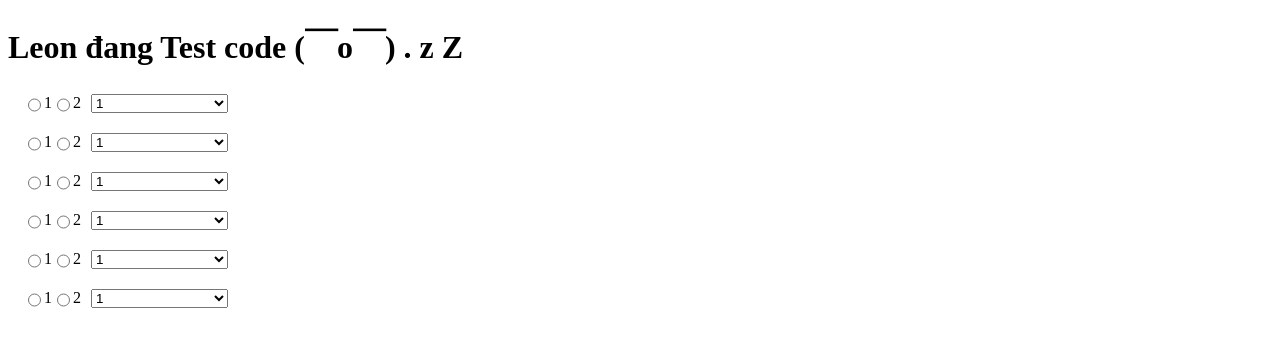
Repository: tranhuunghiem99/N_Auto_Checked
Page: test/index.html
These files come from the project's save history. The page is drawn as it stood at one moment and after a run of saves; the edit follows.
The browser window is 1280 px wide. The pictures show the whole page.

Above is the page before, as saved 2024-05-07 21:31:11.

### test/index.html
<!-- <!DOCTYPE html>
<html>
  <head>
    <title>Checkbox Example</title>
  </head>
  <body>
    <form action="/submit" method="post">
      <label for="option1">Option 1</label>
      <input type="checkbox" name="options" value="1" id="option1">
      <br>
      <label for="option2">Option 2</label>
      <input type="checkbox" name="options" value="2" id="option2">
      <br>
      <label for="option3">Option 3</label>
      <input type="checkbox" name="options" value="3" id="option3">
      <br>
      <button type="submit">Submit</button>
    </form>
  </body>
</html> -->

<!DOCTYPE html>
<html>
<body>

<h1>Leon đang Test code (￣o￣) . z Z</h1>

<form action="/submit" method="post" style="display: flex; padding: 5px; margin: 10px;">
  <input type="radio" name="number" value="">
  <label for="1">1</label><br>
  <input type="radio" name="number" value="">
  <label for="2">2</label><br>
  <select id="" name="" style="margin-left:10px ;">
    <option value="1" name="list">1</option>
    <option value="2" name="list">2</option>
    <option value="3" name="list">3</option>
    <option value="4" name="ok">Ok cái này chọn nè</option>
  </select>
</form>
<form action="/submit" method="post" style="display: flex; padding: 5px; margin: 10px;">
  <input type="radio" name="number" value="">
  <label for="1">1</label><br>
  <input type="radio" name="number" value="">
  <label for="2">2</label><br>
  <select id="" name="" style="margin-left:10px ;">
    <option value="1" name="list">1</option>
    <option value="2" name="list">2</option>
    <option value="3" name="list">3</option>
    <option value="4" name="ok">Ok cái này chọn nè</option>
  </select>
</form>
<form action="/submit" method="post" style="display: flex; padding: 5px; margin: 10px;">
  <input type="radio" name="number" value="">
  <label for="1">1</label><br>
  <input type="radio" name="number" value="">
  <label for="2">2</label><br>
  <select id="" name="" style="margin-left:10px ;">
    <option value="1" name="list">1</option>
    <option value="2" name="list">2</option>
    <option value="3" name="list">3</option>
    <option value="4" name="ok">Ok cái này chọn nè</option>
  </select>
</form>
<form action="/submit" method="post" style="display: flex; padding: 5px; margin: 10px;">
  <input type="radio" name="number" value="">
  <label for="1">1</label><br>
  <input type="radio" name="number" value="">
  <label for="2">2</label><br>
  <select id="" name="" style="margin-left:10px ;">
    <option value="1" name="list">1</option>
    <option value="2" name="list">2</option>
    <option value="3" name="list">3</option>
    <option value="4" name="ok">Ok cái này chọn nè</option>
  </select>
</form>
<form action="/submit" method="post" style="display: flex; padding: 5px; margin: 10px;">
  <input type="radio" name="number" value="">
  <label for="1">1</label><br>
  <input type="radio" name="number" value="">
  <label for="2">2</label><br>
  <select id="" name="" style="margin-left:10px ;">
    <option value="1" name="list">1</option>
    <option value="2" name="list">2</option>
    <option value="3" name="list">3</option>
    <option value="4" name="ok">Ok cái này chọn nè</option>
  </select>
</form>
<form action="/submit" method="post" style="display: flex; padding: 5px; margin: 10px;">
  <input type="radio" name="number" value="">
  <label for="1">1</label><br>
  <input type="radio" name="number" value="">
  <label for="2">2</label><br>
  <select id="" name="" style="margin-left:10px ;">
    <option value="1" name="list">1</option>
    <option value="2" name="list">2</option>
    <option value="3" name="list">3</option>
    <option value="4" name="ok">Ok cái này chọn nè</option>
  </select>
</form>

</body>
</html>

After the next 2 saves:
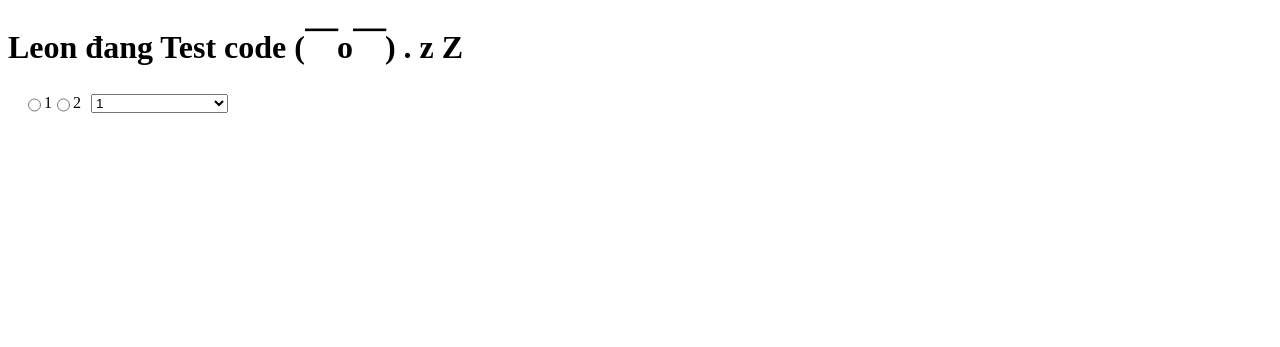
The 2 saves are shown as one change because they came seconds apart.
The last was saved 55 s later.
--- a/test/index.html
+++ b/test/index.html
@@ -37,66 +37,5 @@
     <option value="4" name="ok">Ok cái này chọn nè</option>
   </select>
 </form>
-<form action="/submit" method="post" style="display: flex; padding: 5px; margin: 10px;">
-  <input type="radio" name="number" value="">
-  <label for="1">1</label><br>
-  <input type="radio" name="number" value="">
-  <label for="2">2</label><br>
-  <select id="" name="" style="margin-left:10px ;">
-    <option value="1" name="list">1</option>
-    <option value="2" name="list">2</option>
-    <option value="3" name="list">3</option>
-    <option value="4" name="ok">Ok cái này chọn nè</option>
-  </select>
-</form>
-<form action="/submit" method="post" style="display: flex; padding: 5px; margin: 10px;">
-  <input type="radio" name="number" value="">
-  <label for="1">1</label><br>
-  <input type="radio" name="number" value="">
-  <label for="2">2</label><br>
-  <select id="" name="" style="margin-left:10px ;">
-    <option value="1" name="list">1</option>
-    <option value="2" name="list">2</option>
-    <option value="3" name="list">3</option>
-    <option value="4" name="ok">Ok cái này chọn nè</option>
-  </select>
-</form>
-<form action="/submit" method="post" style="display: flex; padding: 5px; margin: 10px;">
-  <input type="radio" name="number" value="">
-  <label for="1">1</label><br>
-  <input type="radio" name="number" value="">
-  <label for="2">2</label><br>
-  <select id="" name="" style="margin-left:10px ;">
-    <option value="1" name="list">1</option>
-    <option value="2" name="list">2</option>
-    <option value="3" name="list">3</option>
-    <option value="4" name="ok">Ok cái này chọn nè</option>
-  </select>
-</form>
-<form action="/submit" method="post" style="display: flex; padding: 5px; margin: 10px;">
-  <input type="radio" name="number" value="">
-  <label for="1">1</label><br>
-  <input type="radio" name="number" value="">
-  <label for="2">2</label><br>
-  <select id="" name="" style="margin-left:10px ;">
-    <option value="1" name="list">1</option>
-    <option value="2" name="list">2</option>
-    <option value="3" name="list">3</option>
-    <option value="4" name="ok">Ok cái này chọn nè</option>
-  </select>
-</form>
-<form action="/submit" method="post" style="display: flex; padding: 5px; margin: 10px;">
-  <input type="radio" name="number" value="">
-  <label for="1">1</label><br>
-  <input type="radio" name="number" value="">
-  <label for="2">2</label><br>
-  <select id="" name="" style="margin-left:10px ;">
-    <option value="1" name="list">1</option>
-    <option value="2" name="list">2</option>
-    <option value="3" name="list">3</option>
-    <option value="4" name="ok">Ok cái này chọn nè</option>
-  </select>
-</form>
-
 </body>
 </html>
